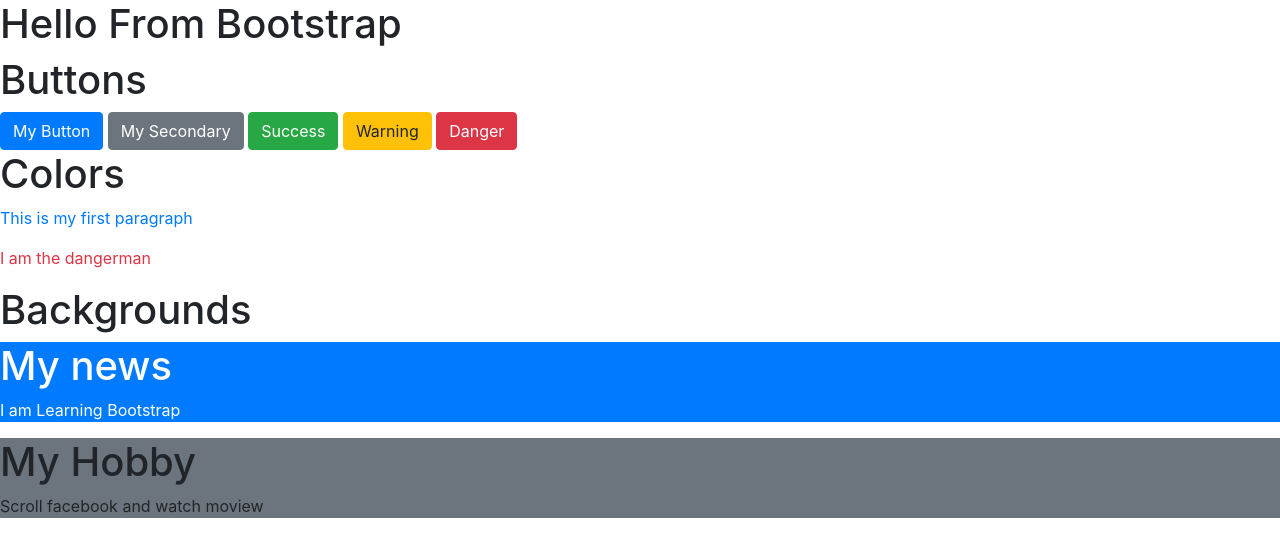
Repository: mohsinfarabi/bootstrap-practice
Page: index.html
The author's editor kept a copy of each file at every save. The page is drawn from the files as they stood at one save, then again after the next save.
The browser window is 1280 px wide. The pictures show the whole page.

Above is the page before, as saved 2020-07-06 02:53:27.

After the next save:
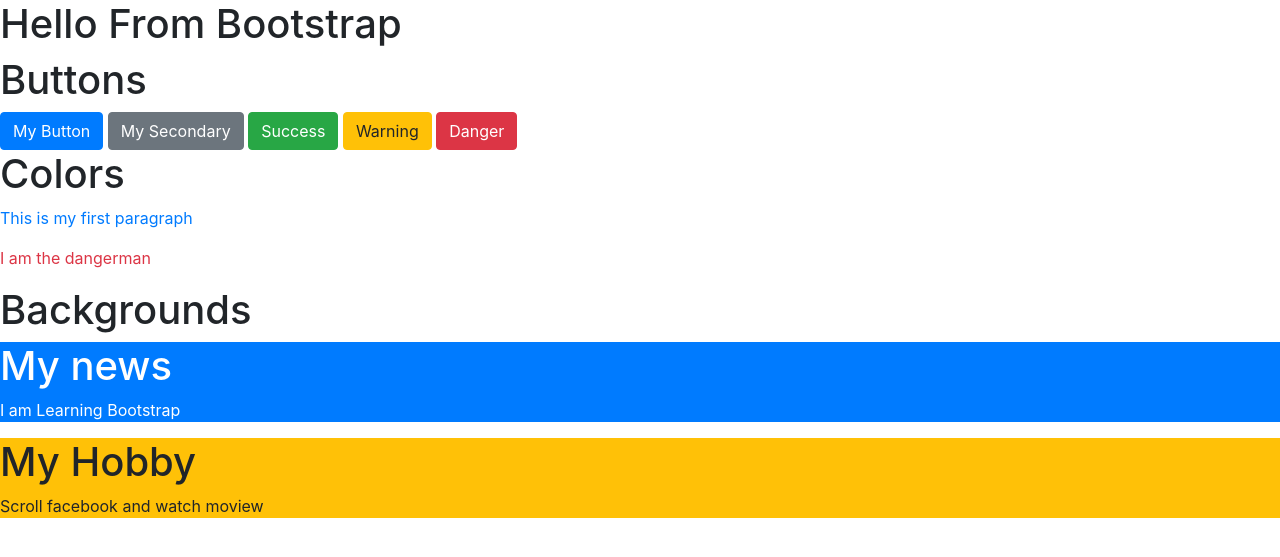
Saved 13 s later.
--- a/index.html
+++ b/index.html
@@ -26,7 +26,7 @@
         <h1>My news</h1>
         <p>I am Learning Bootstrap</p>
     </div>
-    <div class="bg-secondary">
+    <div class="bg-warning">
         <h1>My Hobby</h1>
         <p>Scroll facebook and watch moview</p>
     </div>
